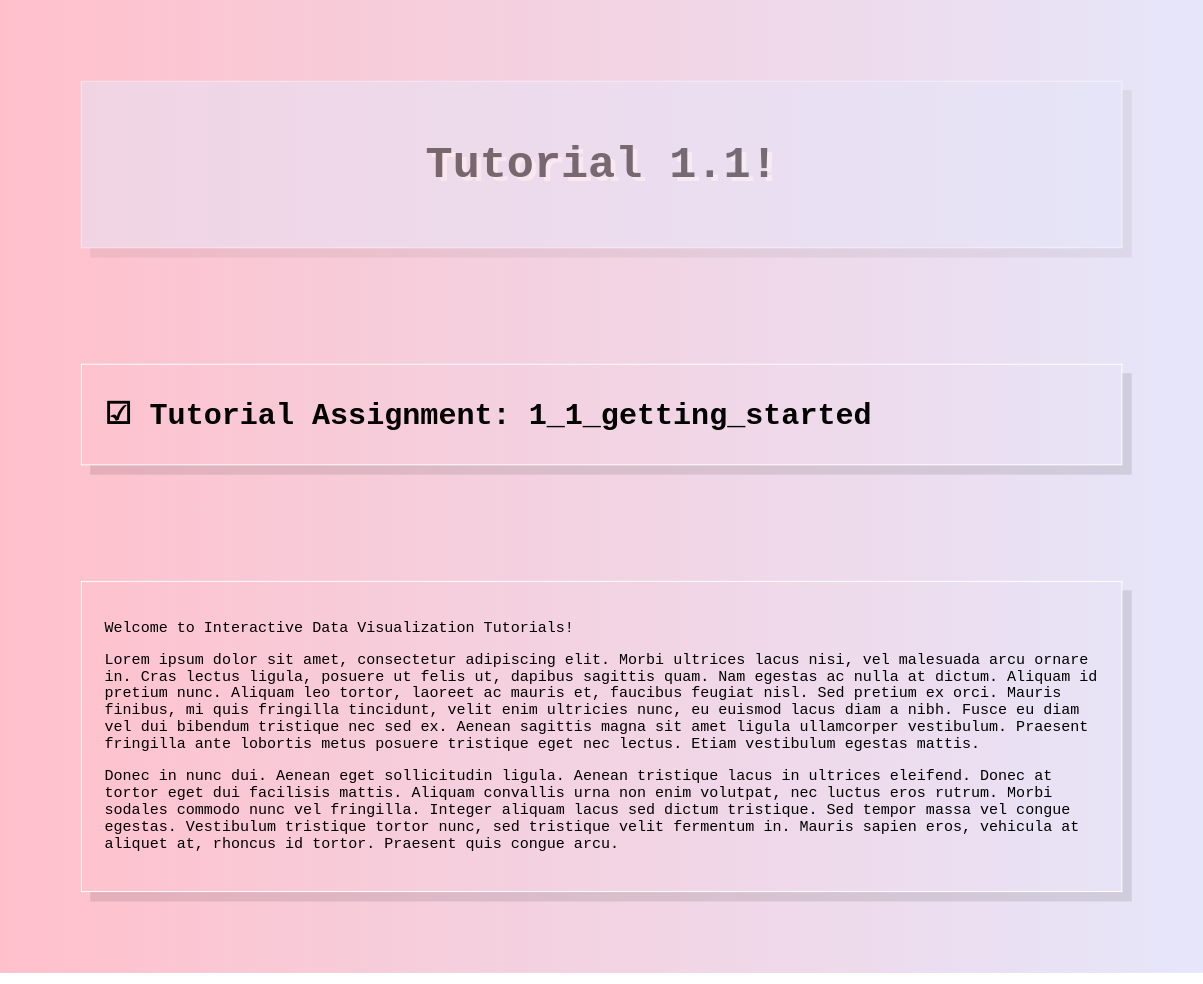
Repository: lisjak/Interactive-Data-Vis-Fall2022
Page: 1_1_getting_started/index.html
The author's editor kept a copy of each file at every save. The page is drawn from the files as they stood at one save, then again after the next save.
The browser window is 1280 px wide. The pictures show the whole page, at 94% of full size.
The pointer rests on the first visible `div`.
Some web fonts or font styles are not loaded; a fallback is used.

Above is the page before, as saved 2022-09-04 22:03:53.

### 1_1_getting_started/index.html
<!DOCTYPE html>

<head>
    <meta charset="utf-8">

    <title>Interactive Data Visualization Tutorial</title>

    <link rel="stylesheet" href="https://fonts.googleapis.com/css?family=Source+Sans+Pro">

    <link href="https://fonts.googleapis.com/css2?family=Azeret+Mono&display=swap" rel="stylesheet">

    <link rel="stylesheet" href="./style.css">
</head>

<body>
    <div>
        <h1>
            Tutorial 1.1!
        </h1>
    </div>
    <div>
        <h3>
            &#9745; Tutorial Assignment: 1_1_getting_started
        </h3>
    </div>
    <div>
        <p>
            Welcome to Interactive Data Visualization Tutorials!
        </p>

        <p>
            Lorem ipsum dolor sit amet, consectetur adipiscing elit. Morbi ultrices lacus nisi, vel malesuada arcu ornare in. Cras lectus ligula, posuere ut felis ut, dapibus sagittis quam. Nam egestas ac nulla at dictum. Aliquam id pretium nunc. Aliquam leo tortor,
            laoreet ac mauris et, faucibus feugiat nisl. Sed pretium ex orci. Mauris finibus, mi quis fringilla tincidunt, velit enim ultricies nunc, eu euismod lacus diam a nibh. Fusce eu diam vel dui bibendum tristique nec sed ex. Aenean sagittis magna
            sit amet ligula ullamcorper vestibulum. Praesent fringilla ante lobortis metus posuere tristique eget nec lectus. Etiam vestibulum egestas mattis.
        </p>

        <p>
            Donec in nunc dui. Aenean eget sollicitudin ligula. Aenean tristique lacus in ultrices eleifend. Donec at tortor eget dui facilisis mattis. Aliquam convallis urna non enim volutpat, nec luctus eros rutrum. Morbi sodales commodo nunc vel fringilla. Integer
            aliquam lacus sed dictum tristique. Sed tempor massa vel congue egestas. Vestibulum tristique tortor nunc, sed tristique velit fermentum in. Mauris sapien eros, vehicula at aliquet at, rhoncus id tortor. Praesent quis congue arcu.
        </p>
    </div>
</body>

</html>

### 1_1_getting_started/style.css
body {
    background-image: linear-gradient(to right, pink, lavender);
    font-family: 'Azeret Mono', monospace;
    font-size: 16px;
    padding: 1em;
    display: flex;
    flex-direction: column;
}

div {
    align-items: center;
    justify-content: center;
    border: 1px solid white;
    padding: 2%;
    margin: 5%;
    box-shadow: 10px 10px 0px rgb(0 0 0 / 0.1);
    transition: 0.5s;
}

div:hover {
    background-color: lavender;
    padding: 4%;
    opacity: 0.5;
    transition: 0.5s;
}

div h1 {
    font-size: 3em;
    margin: 0.25em 0;
    text-shadow: 5px 5px 0px white;
    text-align: center;
    font-weight: bold;
}

h3 {
    font-size: 2em;
    margin: 0.25em 0;
}

p {
    font-size: 1em;
    color: black;
}

After the next save:
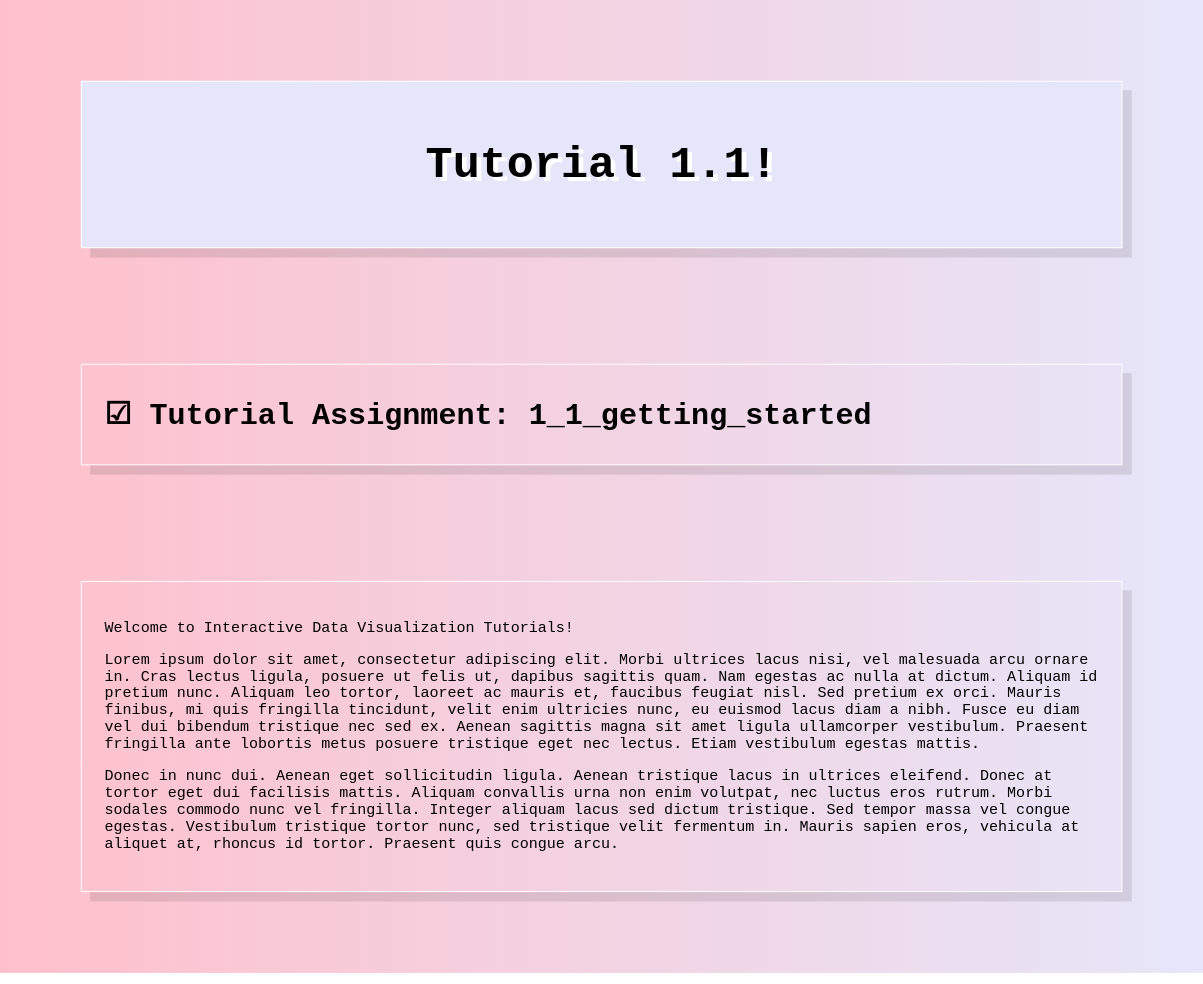
Saved 9 s later.
--- a/1_1_getting_started/style.css
+++ b/1_1_getting_started/style.css
@@ -20,7 +20,7 @@ div {
 div:hover {
     background-color: lavender;
     padding: 4%;
-    opacity: 0.5;
+    /* opacity: 0.5; */
     transition: 0.5s;
 }
 
